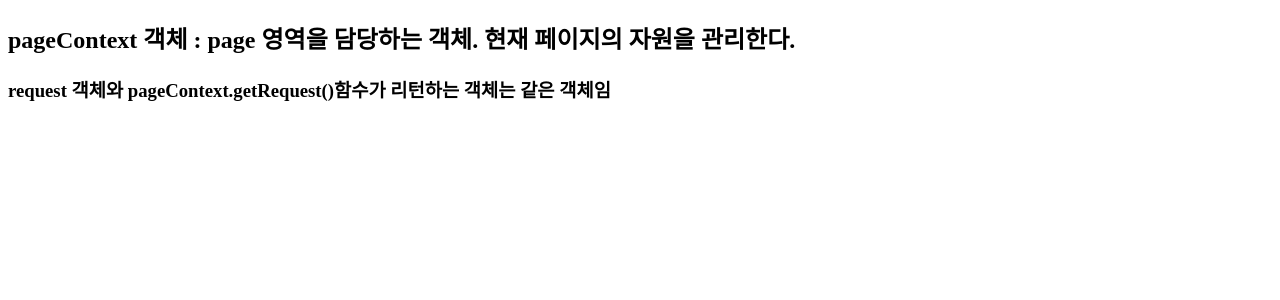
Repository: WONDongin/GoodeeAcademy_JAVA
Page: http://localhost/jspStudy/ex06_pageContext/ex02_pageContext.jsp
The author's editor kept a copy of each file at every save. The page is drawn from the files as they stood at one save, then again after a run of saves.
The browser window is 1280 px wide. The pictures show the whole page.
The page is served by Tomcat 9.

Above is the page before, as saved 2025-04-02 03:17:24.

### jsp_study/jspStudy/src/main/webapp/ex06_pageContext/ex02_pageContext.jsp
<%@ page language="java" contentType="text/html; charset=UTF-8"
    pageEncoding="UTF-8"%>
<!DOCTYPE html>
<html>
	<head>
		<meta charset="UTF-8">
		<title>pageContext 예제]</title>
	</head>
	<body>
		<h2>pageContext 객체 : page 영역을 담당하는 객체. 현재 페이지의 자원을 관리한다.</h2>
		<h3>
		<%
		if(request == pageContext.getRequest()) {%>
		request 객체와 pageContext.getRequest()함수가 리턴하는 객체는 같은 객체임 <br/>
		<% } %>

		<%
		if(request == pageContext.getResponse()) {%>
		request 객체와 pageContext.getResponse()함수가 리턴하는 객체는 같은 객체임 <br/>
		<% } %>

		<%
		if(request == pageContext.getSession()) {%>
		request 객체와 pageContext.getSession()함수가 리턴하는 객체는 같은 객체임 <br/>
		<% } %>
		</h3>
	</body>
</html>

After the next 2 saves:
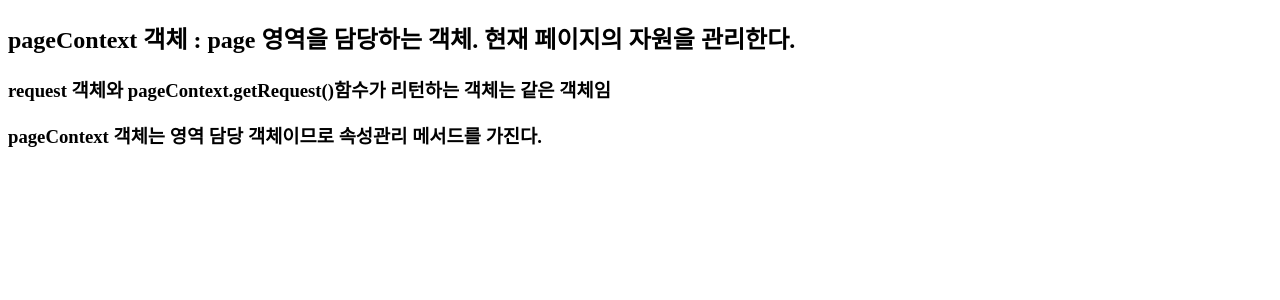
The 2 saves are shown as one change because they came seconds apart.
The last was saved 30 s later.
--- a/jsp_study/jspStudy/src/main/webapp/ex06_pageContext/ex02_pageContext.jsp
+++ b/jsp_study/jspStudy/src/main/webapp/ex06_pageContext/ex02_pageContext.jsp
@@ -24,5 +24,8 @@
 		request 객체와 pageContext.getSession()함수가 리턴하는 객체는 같은 객체임 <br/>
 		<% } %>
 		</h3>
+
+		<h3>pageContext 객체는 영역 담당 객체이므로 속성관리 메서드를 가진다.</h3>
+
 	</body>
 </html>
